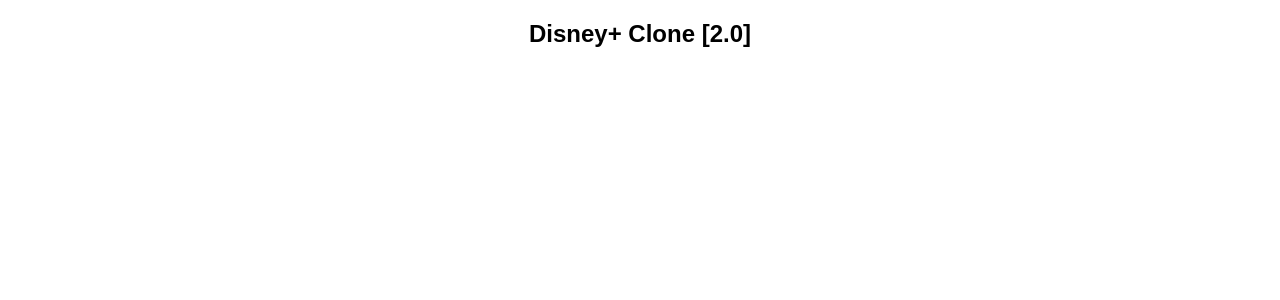
Repository: Delos-343/Disney-Plus-2.0
Page: /
These files come from the project's save history. The page is drawn as it stood at one moment and after the next save; the edit follows.
The browser window is 1280 px wide. The pictures show the whole page.
Some web fonts or font styles are not loaded; a fallback is used. The project was rebuilt for these pictures with package versions that can differ from the ones it lists, and the page was loaded fresh each time.

Above is the page before, as saved 2022-04-30 20:10:24.

### public/index.html
<!DOCTYPE html>
<html lang="en">
  <head>
    <meta charset="utf-8" />
    <link rel="icon" href="%PUBLIC_URL%/favicon.ico" />
    <meta name="viewport" content="width=device-width, initial-scale=1" />
    <meta name="theme-color" content="#000000" />
    <meta
      name="description"
      content="Web site created using create-react-app"
    />
    <link rel="apple-touch-icon" href="%PUBLIC_URL%/logo192.png" />
    <!--
      manifest.json provides metadata used when your web app is installed on a
      user's mobile device or desktop. See https://developers.google.com/web/fundamentals/web-app-manifest/
    -->
    <link rel="manifest" href="%PUBLIC_URL%/manifest.json" />
    <!--
      Notice the use of %PUBLIC_URL% in the tags above.
      It will be replaced with the URL of the `public` folder during the build.
      Only files inside the `public` folder can be referenced from the HTML.

      Unlike "/favicon.ico" or "favicon.ico", "%PUBLIC_URL%/favicon.ico" will
      work correctly both with client-side routing and a non-root public URL.
      Learn how to configure a non-root public URL by running `npm run build`.
    -->
    <title> Disney+ 2.0 </title>
  </head>
  <body>
    <noscript>You need to enable JavaScript to run this app.</noscript>
    <div id="root"></div>
    <!--
      This HTML file is a template.
      If you open it directly in the browser, you will see an empty page.

      You can add webfonts, meta tags, or analytics to this file.
      The build step will place the bundled scripts into the <body> tag.

      To begin the development, run `npm start` or `yarn start`.
      To create a production bundle, use `npm run build` or `yarn build`.
    -->
  </body>
</html>

### src/index.css
@import url('http://fonts.cdnfonts.com/css/avenir-lt-std');

body {
  margin: 0;
  font-family: 'Avenir LT Std', sans-serif;
  -webkit-font-smoothing: antialiased;
  -moz-osx-font-smoothing: grayscale;
}

code {
  font-family: source-code-pro, Menlo, Monaco, Consolas, 'Courier New',
    monospace;
}

### src/App.js
import './App.css';

function App() {
  return (
    <div className="App">
      <h2> Disney+ Clone [2.0] </h2>
    </div>
  );
}

export default App;

Loaded but not shown: src/index.js (common file); src/App.css (common file)

After the next save:
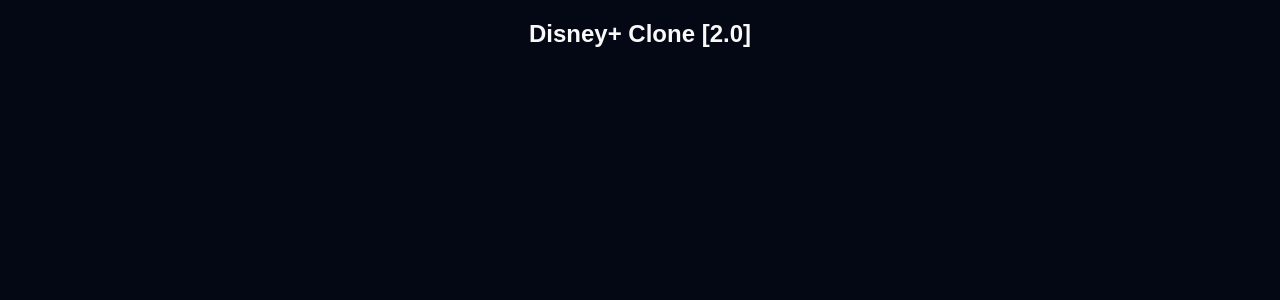
Saved 114 s later.
--- a/src/index.css
+++ b/src/index.css
@@ -1,13 +1,18 @@
 @import url('http://fonts.cdnfonts.com/css/avenir-lt-std');
 
-body {
-  margin: 0;
-  font-family: 'Avenir LT Std', sans-serif;
-  -webkit-font-smoothing: antialiased;
-  -moz-osx-font-smoothing: grayscale;
+html {
+  scroll-behavior: smooth;
 }
 
-code {
-  font-family: source-code-pro, Menlo, Monaco, Consolas, 'Courier New',
-    monospace;
+* {
+  box-sizing: border-box;
 }
+
+body {
+  background-color: #040714;
+  color: #f9f9f9;
+
+  font-family: 'Avenir LT Std', sans-serif;
+  margin: 0;
+  padding: 0;
+}
